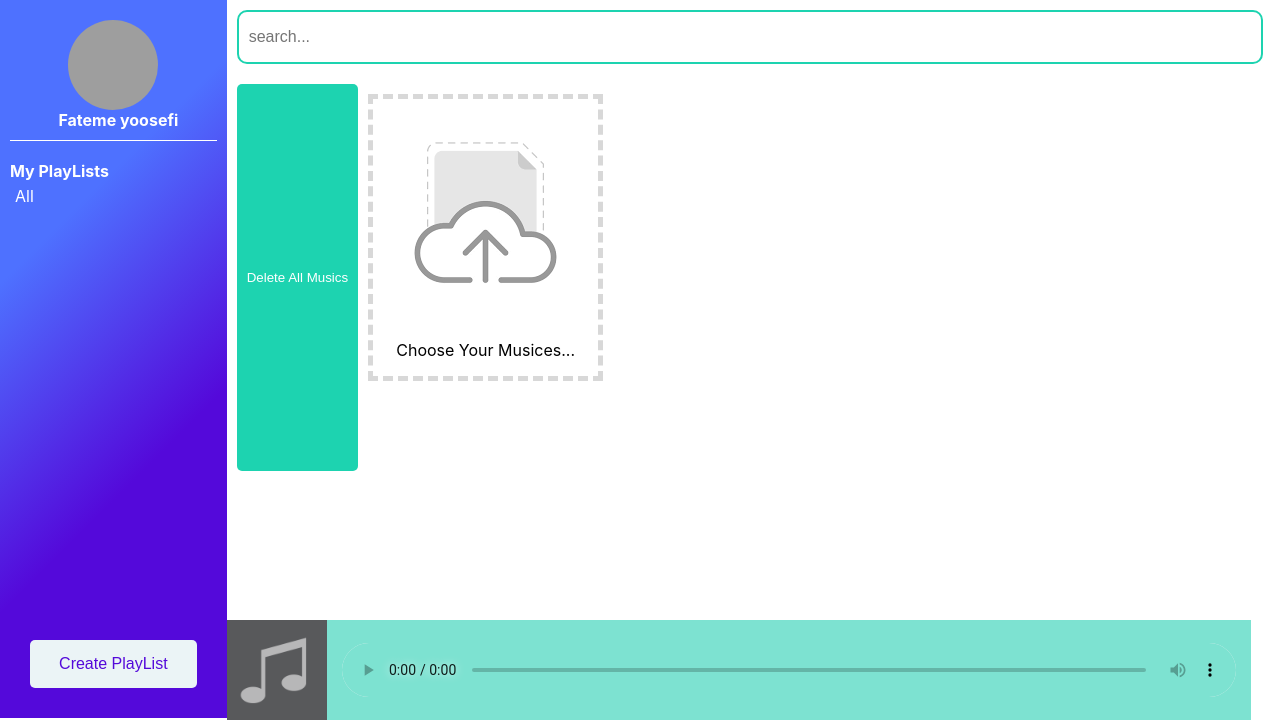
Repository: fateme81yosefi/musicPlayer
Page: /
These files come from the project's save history. The page is drawn as it stood at one moment and after the next save; the edit follows.
The browser window is 1280 px wide. The pictures show the whole page.
Pictures or frames that could not be fetched are drawn as grey boxes. The project was rebuilt for these pictures with package versions that can differ from the ones it lists, and the page was loaded fresh each time.

Above is the page before, as saved 2025-06-28 14:01:26.

After the next save:
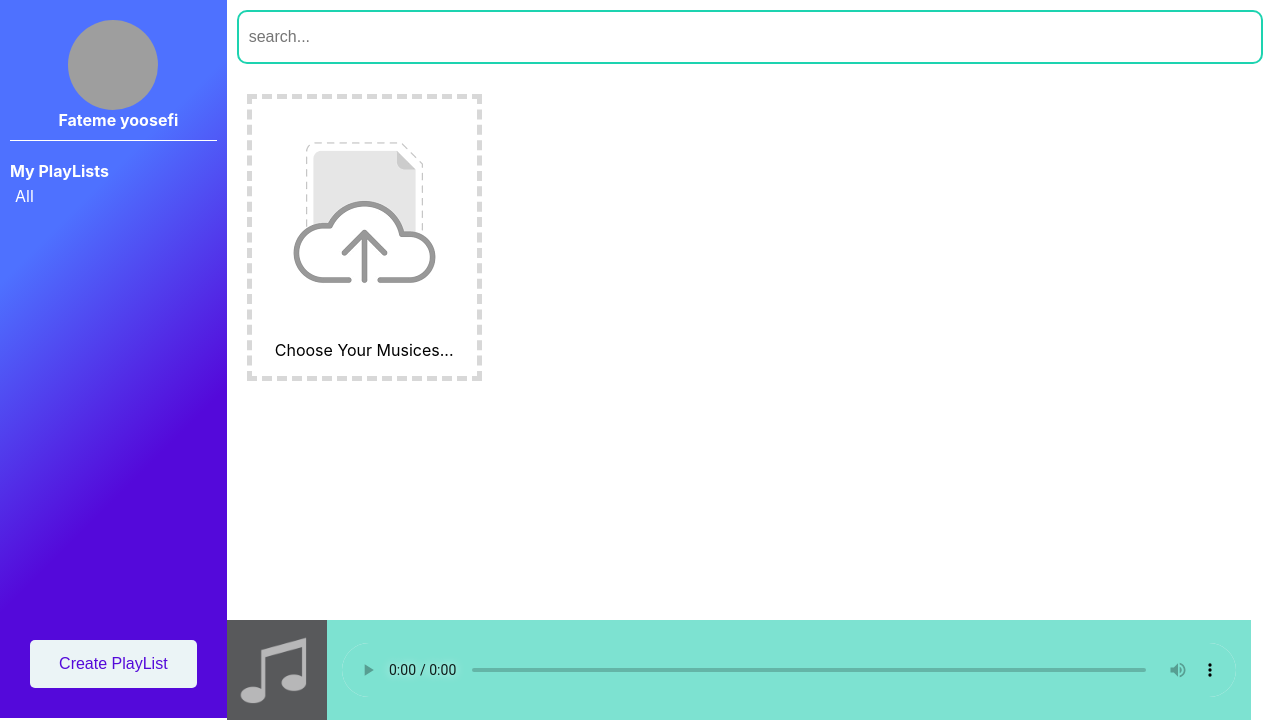
Saved 4 s later.
--- a/src/Data/FileUploader/FileUploader.js
+++ b/src/Data/FileUploader/FileUploader.js
@@ -127,7 +127,6 @@ const FileUploader = ({ handlePlay, query, selectedCategory }) => {
     return (
         <div className='containSingle'>
 
-            <button className='deleteAll' onClick={deleteAllFiles}>Delete All Musics</button>
 
             <div>
                 {audioFiles
